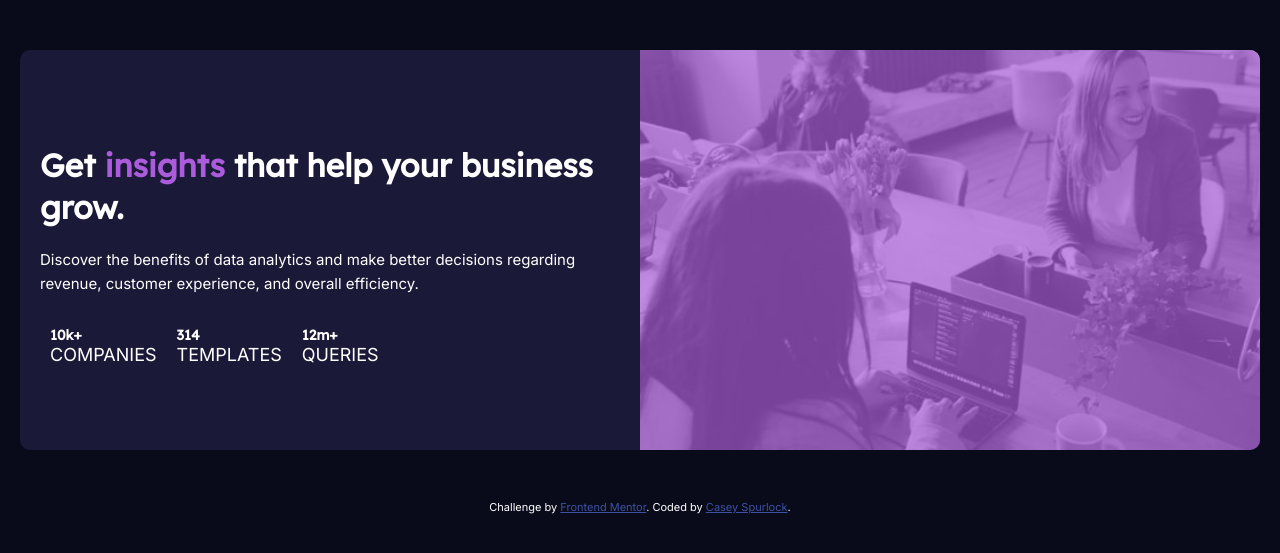
Repository: CaseySpurlock/stats-prewiew-component
Page: index.html
An editor plug-in stored every save of this project. The page is shown before and after the next save, followed by the edit.
The browser window is 1280 px wide. The pictures show the whole page.

Above is the page before, as saved 2021-06-22 12:22:57.

### index.html
<!DOCTYPE html>
<html lang="en">
<head>
  <meta charset="UTF-8">
  <meta name="viewport" content="width=device-width, initial-scale=1.0"> <!-- displays site properly based on user's device -->

  <link rel="icon" type="image/png" sizes="32x32" href="./images/favicon-32x32.png">

  <title>Frontend Mentor | Stats preview card component</title>

  <link rel="stylesheet" href="styles.css">
  <link rel="preconnect" href="https://fonts.googleapis.com">
  <link rel="preconnect" href="https://fonts.gstatic.com" crossorigin>
  <link href="https://fonts.googleapis.com/css2?family=Inter:wght@400;700&family=Lexend+Deca&display=swap" rel="stylesheet">

</head>

<body>

  <div class="container">
    <div class="card picture">
      <div class="overlay"></div>
    </div>
      <div class="card">
        <h1>Get <span>insights</span> that help your business grow.</h1>
      <p>Discover the benefits of data analytics and make better decisions regarding revenue, customer
        experience, and overall efficiency.</p>
        <ul>
          <li><span>10k+</span> companies</li>
          <li><span>314</span> templates</li>
          <li><span>12m+ </span> queries</li>
      </div>
      </div>








  <div class="attribution">
    Challenge by <a href="https://www.frontendmentor.io?ref=challenge" target="_blank">Frontend Mentor</a>.
    Coded by <a href="#">Casey Spurlock</a>.
  </div>
</body>
</html>

### styles.css
:root {
    --Very-dark-blue: hsl(233, 47%, 7%);
    --Dark-desaturated-blue: hsl(244, 38%, 16%);
    --Soft-violet: hsl(277, 64%, 61%);
    --White: hsl(0, 0%, 100%);
    --Slightly-transparent -white: hsla(0, 0%, 100%, 0.75);
    --Slightly-transparent-white: hsla(0, 0%, 100%, 0.6);
}

* {
    margin: 0;
    padding: 0;
    box-sizing: border-box;
}

img {
    max-width: 100%;
}

ul {
    list-style-type: none;
}

body {
    font-family: "Inter", sans-serif;
    background-color: var(--Very-dark-blue);
}

p {
    font-size: 15px;
    line-height: 1.6;
}

.container {
    background-color: var(--Dark-desaturated-blue);
    color: var(--White);
    margin: 50px 20px;
    padding: 0 0 20px;
    border-radius: 10px;
    text-align: center;
}

.container .picture  {
    background: url(./images/image-header-mobile.jpg)
    no-repeat center/cover;
    height: 400px;
    border-radius: 10px 10px 0 0;
}

.container .picture .overlay {
    background-color: hsl(277, 64%, 61%, .7);
    height: 400px;
    border-radius: 10px 10px 0 0;
}

.container .card p {
    padding: 0 20px;
    margin-bottom: 30px;
}

.container .card h1 {
    margin: 30px 0 20px;
    padding: 0 20px;
    line-height: 1.3;
    font-family: "lexend deca", sans-serif;
}

.container .card h1 span {
    color: var(--Soft-violet);
}

.container .card ul li {
    margin-bottom: 20px;
    text-transform: uppercase;
}

.container .card ul li span {
    display: block;
    text-transform: lowercase;
    font-weight: 700;
    font-family: "lexend deca", sans-serif;
}

.container .card ul {
    padding-left: 30px;
    display: flex;
}

.attribution {
    font-size: 11px;
    text-align: center;
    color: white;
    padding-bottom: 20px;
}
.attribution a {
    color: hsl(228, 45%, 44%);
}

@media (min-width: 768px) {
    .container {
        display: flex;
        flex-direction: row-reverse;
        align-items: center;
        justify-content: center;
        padding: 0;
        text-align: left;
    }

    .container .picture {
        background: url(./images/image-header-desktop.jpg) no-repeat center/cover;
        min-width: 50%;
        border-radius: 0 10px 10px 0;
    }

    .container .picture .overlay {
        background-color: hsl(277, 64%, 61%, .7);
        height: 400px;
        border-radius: 0 10px 10px 0;
    }

    .container .card ul li {
        margin-right: 20px;
        font-size: 18px;
    }

    .container .card ul li span {
        display: block;
        text-transform: lowercase;
        font-weight: 700;
        font-family: "lexend deca", sans-serif;
        font-size: 14px;
    }
}

After the next save:
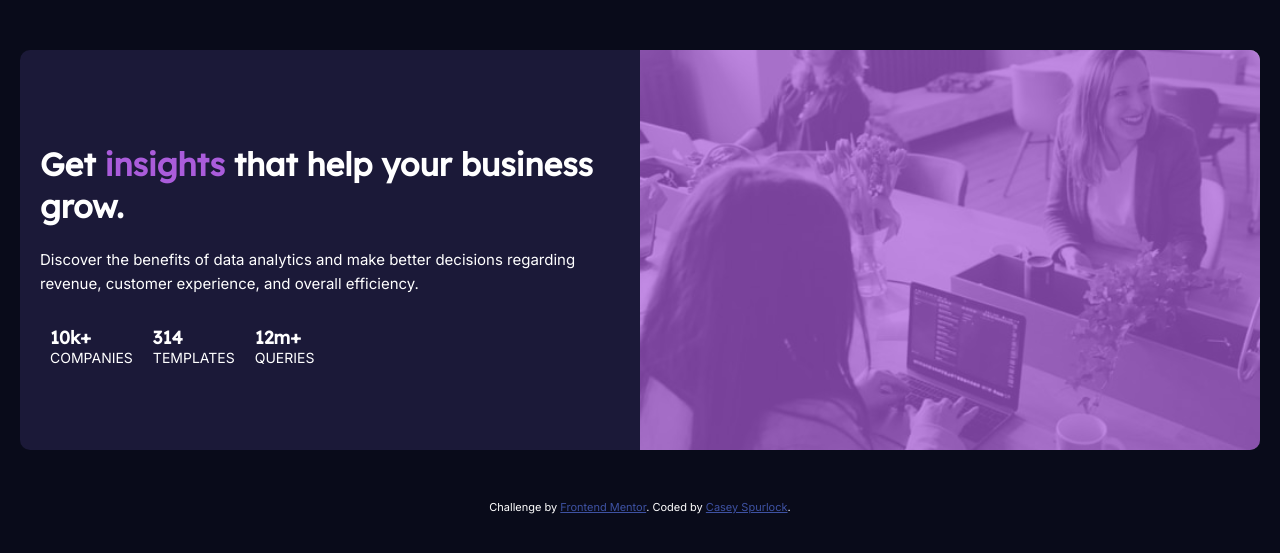
Saved 48 s later.
--- a/styles.css
+++ b/styles.css
@@ -120,7 +120,7 @@
 
     .container .card ul li {
         margin-right: 20px;
-        font-size: 18px;
+        font-size: 14px;
     }
 
     .container .card ul li span {
@@ -128,6 +128,6 @@
         text-transform: lowercase;
         font-weight: 700;
         font-family: "lexend deca", sans-serif;
-        font-size: 14px;
+        font-size: 18px;
     }
 }
